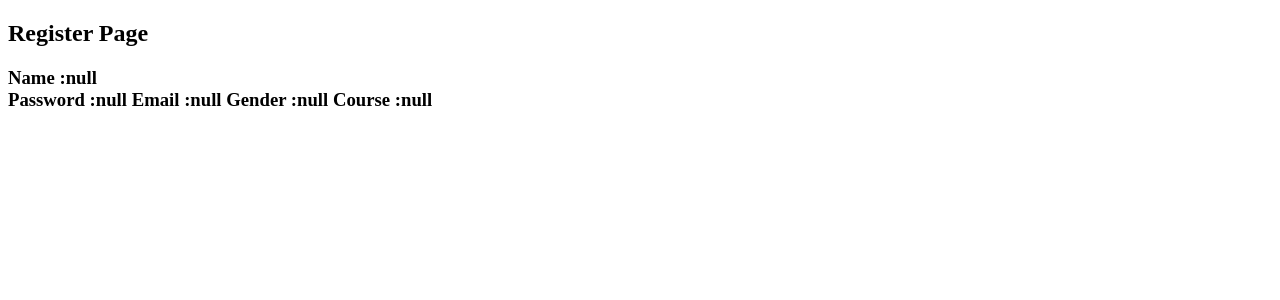
Repository: Kamleshmaury/CoreJava
Page: http://localhost/RegistrationForm/file.jsp
An editor plug-in stored every save of this project. The page is shown before and after the next save, followed by the edit.
The browser window is 1280 px wide. The pictures show the whole page.
The page is served by Tomcat 10.

Above is the page before, as saved 2022-10-18 12:15:30.

After the next save:
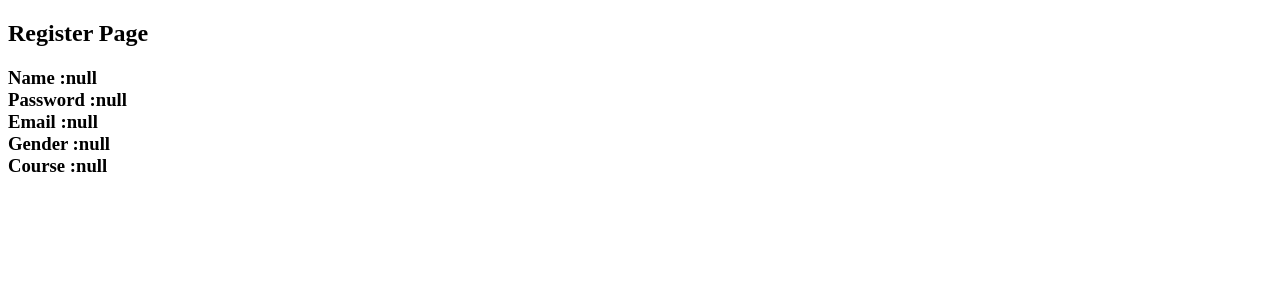
Saved 10 s later.
--- a/RegistrationForm/src/main/webapp/file.jsp
+++ b/RegistrationForm/src/main/webapp/file.jsp
@@ -11,10 +11,10 @@
         <h2> Register Page </h2>
          <h3><%
           	out.println("Name :"+request.getParameter("name")+"<br>");
-     		out.println("Password :"+request.getParameter("password"));
-         	out.println("Email :"+request.getParameter("email"));
-         	out.println("Gender :"+request.getParameter("gender"));
-         	out.println("Course :"+request.getParameter("course"));
+     		out.println("Password :"+request.getParameter("password")+"<br>");
+         	out.println("Email :"+request.getParameter("email")+"<br>");
+         	out.println("Gender :"+request.getParameter("gender")+"<br>");
+         	out.println("Course :"+request.getParameter("course")+"<br>");
           %></h3>
 
 </body>
